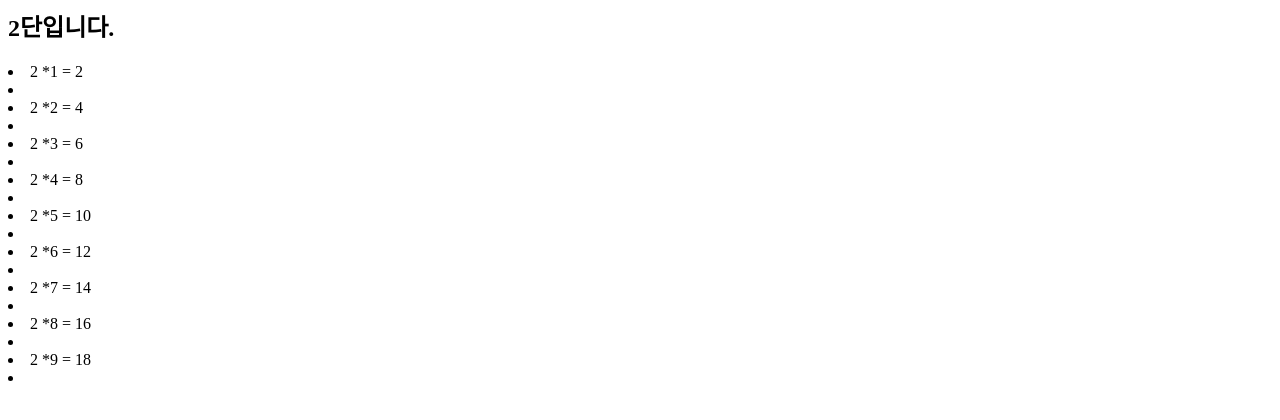
Repository: Byeonghee-son/DB-Servlet
Page: http://localhost/ServletStudy/gugudan
An editor plug-in stored every save of this project. The page is shown before and after the next save, followed by the edit.
The browser window is 1280 px wide. The pictures show the whole page.
The page is served by Tomcat 9.

Above is the page before, as saved 2023-05-11 05:38:19.

After the next save:
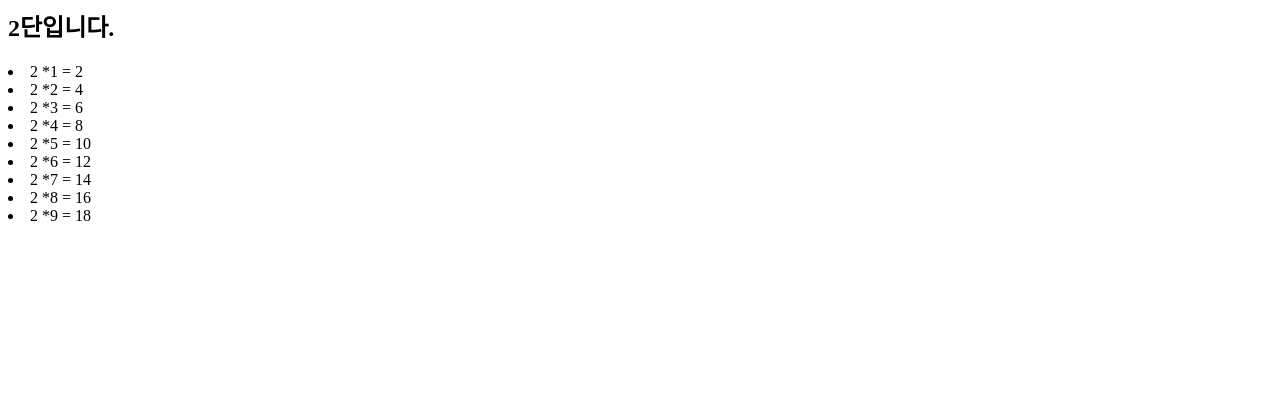
Saved 64 s later.
--- a/ServletStudy/src/main/java/edu/pnu/servlet/gugudan.java
+++ b/ServletStudy/src/main/java/edu/pnu/servlet/gugudan.java
@@ -22,7 +22,7 @@ public class gugudan extends HttpServlet {
 		out.println("<h2>2단입니다.</h2>");
 
 		for(int i = 1; i < 10 ; i++) {
-			out.println("<li> 2 *" + i + " = " + 2 * i + "<li>");
+			out.println("<li> 2 *" + i + " = " + 2 * i + "</li>");
 		}
 
 	}
